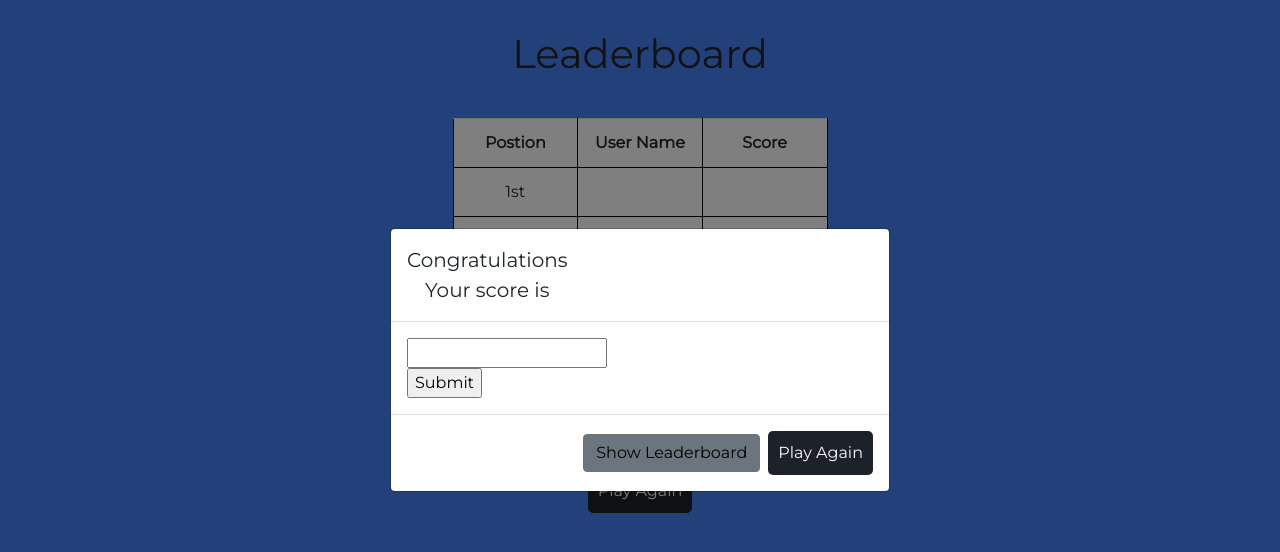
Repository: Code-Institute-Submissions/quiz-1
Page: leaderboard.html
The author's editor kept a record of every edit. The page is drawn from the files as they stood at one moment, then again after the next edit.
The browser window is 1280 px wide. The pictures show the window.
A layer covers the whole window, so only the first screen is drawn.

Above is the page before.
Console error: SyntaxError: Unexpected token ')'

After the next edit:
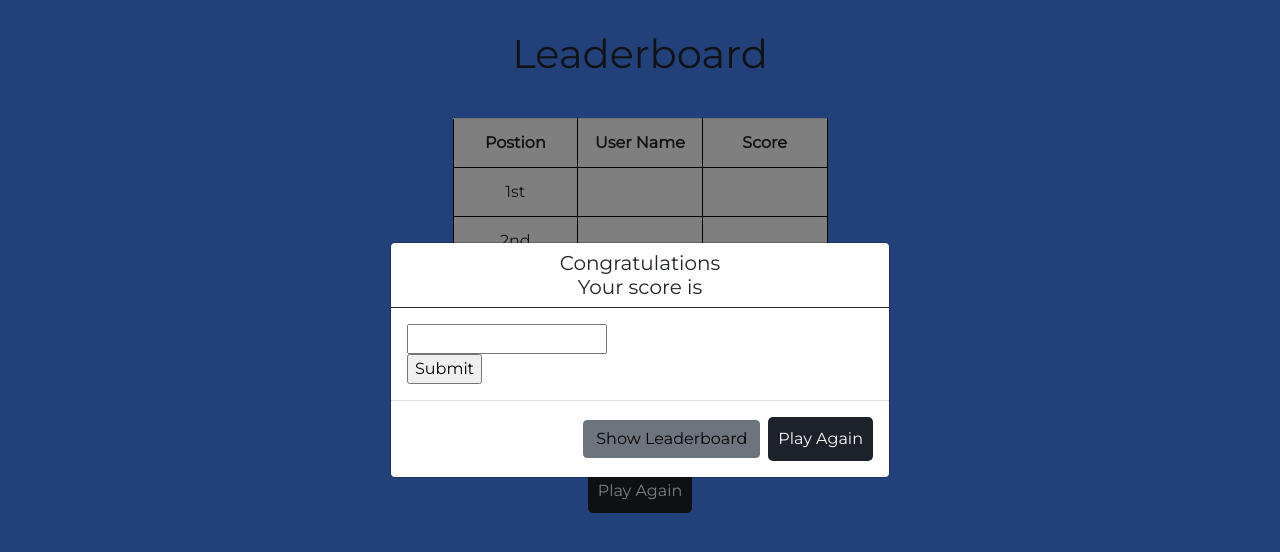
The edit:
--- a/leaderboard.html
+++ b/leaderboard.html
@@ -20,8 +20,8 @@
         <div class="modal fade" id="exampleModalCenter" tabindex="-1" role="dialog" aria-labelledby="exampleModalCenterTitle" aria-hidden="true">
             <div class="modal-dialog modal-dialog-centered" role="document">
                 <div class="modal-content">
-                    <div class="modal-header">
-                        <h5 class="modal-title" id="exampleModalLongTitle">Congratulations<br>Your score is</h5>
+                    <div class="modal-heading">
+                        <h5>Congratulations<br>Your score is</h5>
                     </div>
                     <div class="modal-body">
                         <form>
